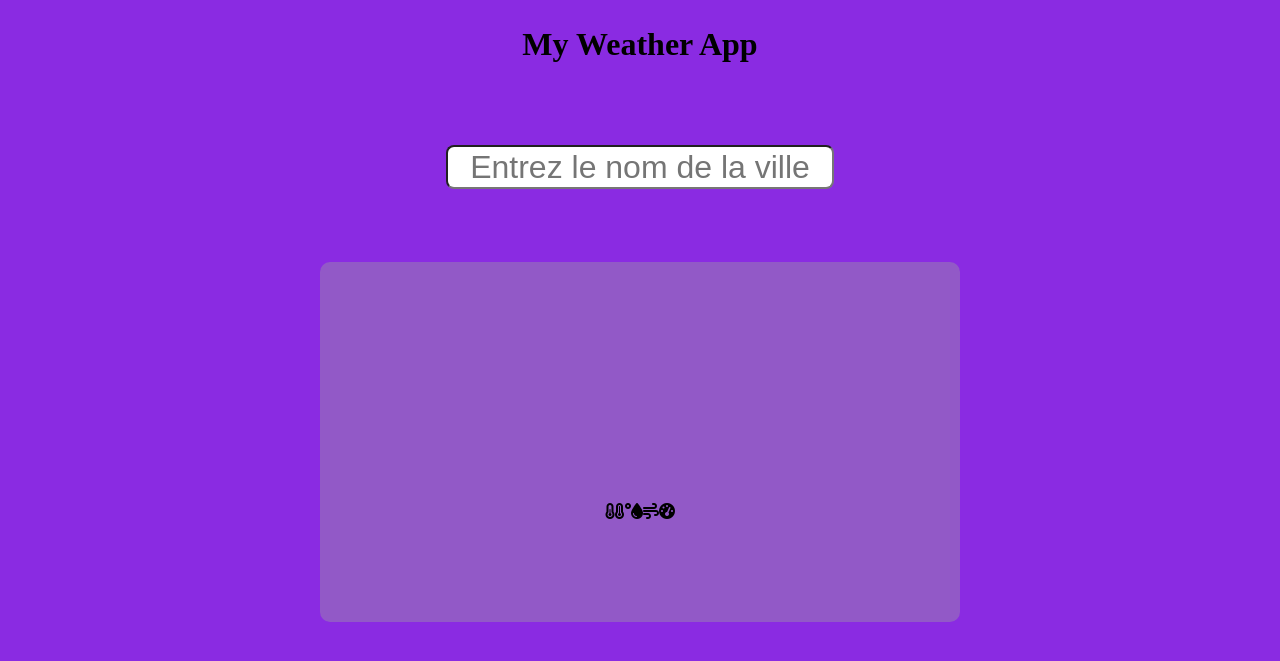
Repository: JeffnyAugustin/MyWeatherApp
Page: index.html
These files come from the project's save history. The page is drawn as it stood at one moment and after a run of saves; the edit follows.
The browser window is 1280 px wide. The pictures show the whole page.

Above is the page before, as saved 2023-11-14 22:13:12.

After the next 3 saves:
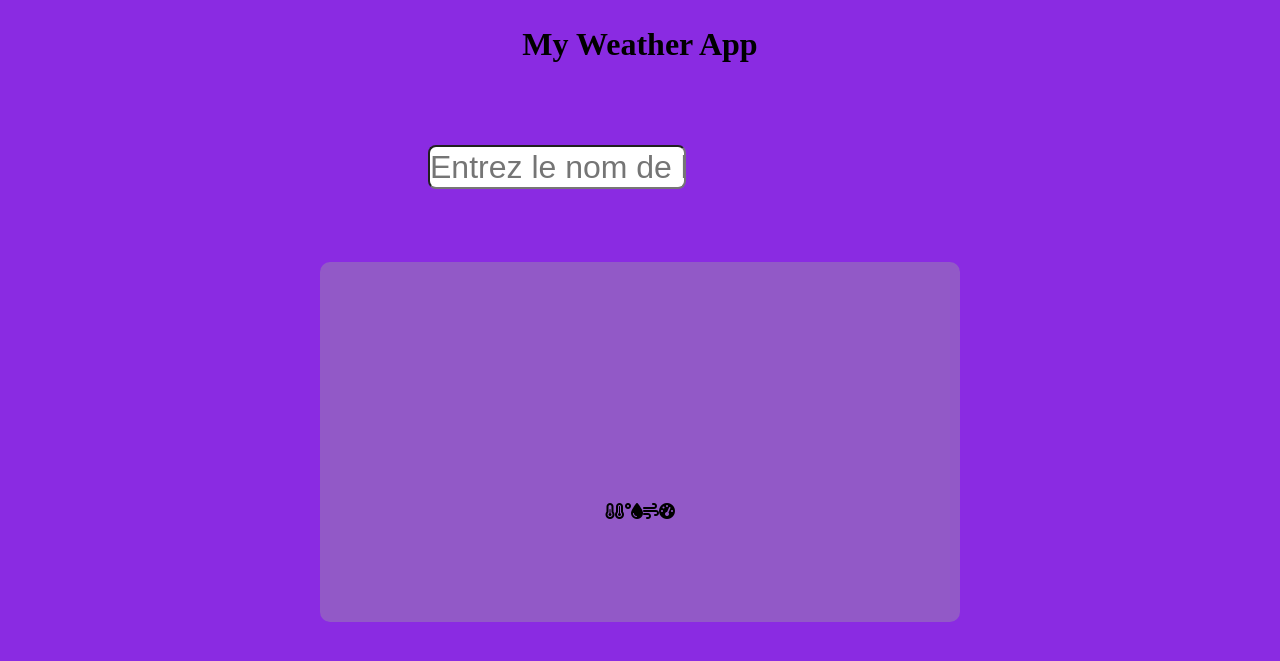
The 3 saves are shown as one change because they came seconds apart.
The last was saved 11 s later.
--- a/js/script.js
+++ b/js/script.js
@@ -227,7 +227,7 @@
 cityImgDiv.append(image, descriptionDiv)
 titleDiv.appendChild(heading)
 inputDiv.appendChild(inputSearch)
-divContain.append(titleDiv, inputSearch, newDiv, forecastDiv); // ajout de tous les éléments à divContain
+divContain.append(titleDiv, inputDiv, newDiv, forecastDiv); // ajout de tous les éléments à divContain
 document.body.appendChild(divContain);
 
 

After the 2 saves that followed:
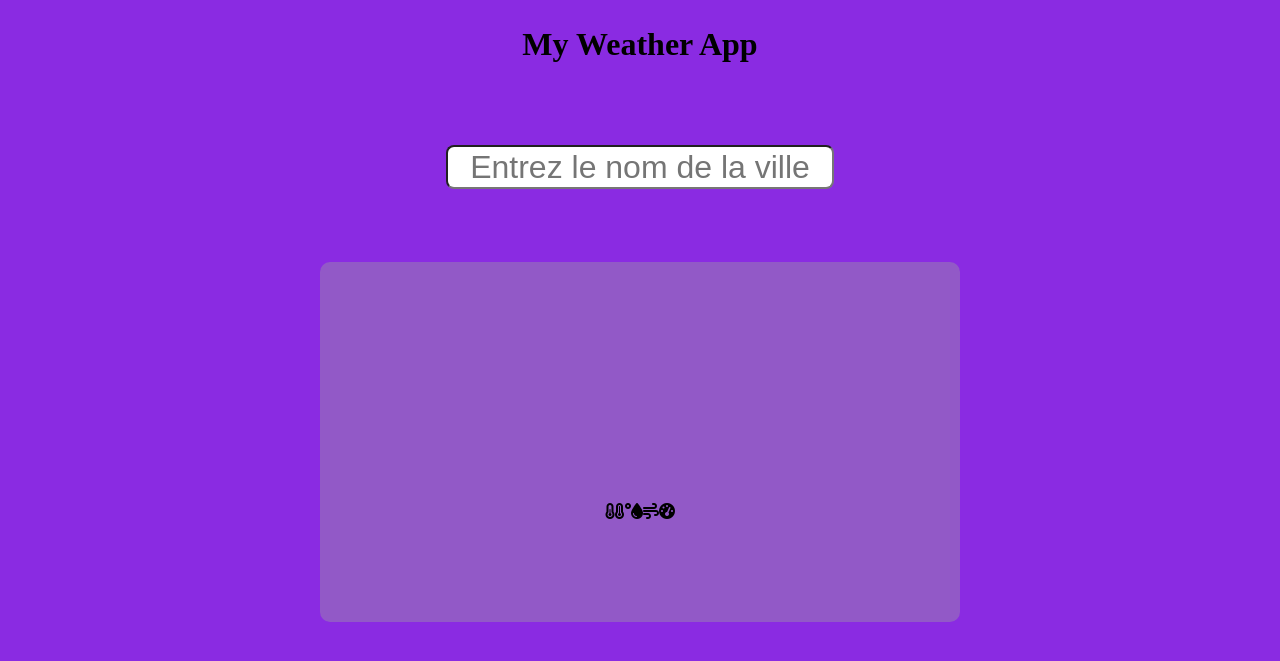
The 2 saves are shown as one change because they came seconds apart.
The last was saved 93 s later.
--- a/js/script.js
+++ b/js/script.js
@@ -22,8 +22,6 @@
 // Div input
 
 const inputDiv = document.createElement("div");
-inputDiv.className = "input-group";
-
 
 // Création barre de recherche
 const inputSearch = document.createElement("input");
@@ -226,8 +224,7 @@
 infoCityDiv.append(cityName, cityImgDiv)
 cityImgDiv.append(image, descriptionDiv)
 titleDiv.appendChild(heading)
-inputDiv.appendChild(inputSearch)
-divContain.append(titleDiv, inputDiv, newDiv, forecastDiv); // ajout de tous les éléments à divContain
+divContain.append(titleDiv, inputSearch, newDiv, forecastDiv); // ajout de tous les éléments à divContain
 document.body.appendChild(divContain);
 
 
